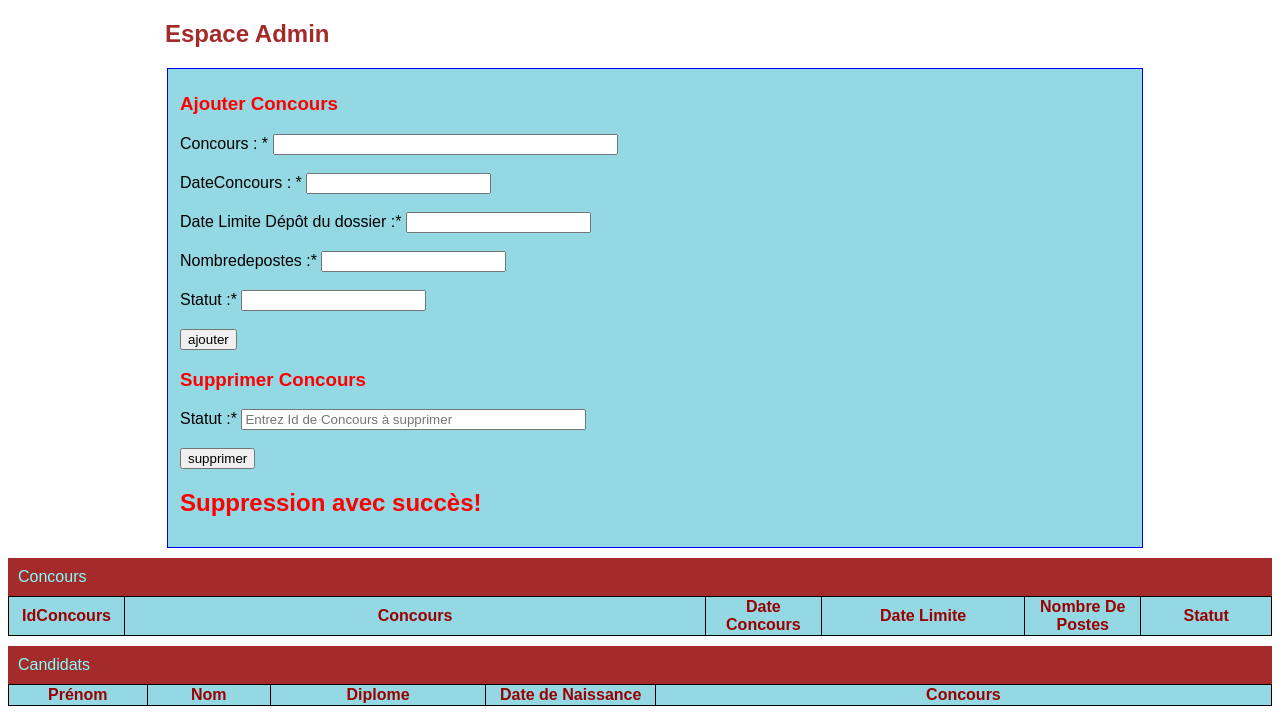
Repository: yahouari/Stage2019
Page: http://localhost/test/supprime.jsp
An editor plug-in stored every save of this project. The page is shown before and after the next save, followed by the edit.
The browser window is 1280 px wide. The pictures show the whole page.
The page is served by Tomcat 9. Other server files are loaded and not shown. Queries for data that is not in the repository find no rows.

Above is the page before, as saved 2019-07-29 10:20:17.

### test/WebContent/supprime.jsp

<%@ page pageEncoding="UTF-8" %>
<!DOCTYPE html>
<html>
<head>
		<meta charset="utf-8" />
		<link type="text/css" rel="stylesheet" href="inc/gest.css" />
        <title> Espace Admin</title>
</head>
<body>

        <div>
            <form method="get" action="GestionServlet">
            <h2><font color="brown"> Espace Admin</font></h2>

		<fieldset>
			  <h3> Ajouter Concours</h3>
			  <label for="Concours">Concours : <span class="requis">*</span></label>
              <input type="text" id="Concours" name="Concours" value="" size="40" maxlength="40" />
              <br />
              <br />

              <label for="DateConcours">DateConcours : <span class="requis">*</span></label>
              <input type="text" id="dateConcours" name="dateConcours" value="" size="20" maxlength="20" />
              <br />
              <br />

              <label for="DateLimite">Date Limite Dépôt du dossier :<span class="requis">*</span></label>
              <input type="text" id="DateLimite" name="DateLimite" value="" size="20" maxlength="20" />
              <br />
              <br />

              <label for="nombredepostes">Nombredepostes :<span class="requis">*</span></label>
              <input type="text" id="nombredepostes" name="nombredepostes" value="" size="20" maxlength="20" />
              <br />
              <br />
               <label for="statut">Statut :<span class="requis">*</span></label>
              <input type="text" id="statut" name="statut" value="" size="20" maxlength="20" />
              <br />
              <br />



              <input type="submit" value="ajouter"  />

              </form>
              <form method="get" action="SuppressionServlet">

              <h3> Supprimer Concours</h3>
              <label for="supprimer">Statut :<span class="requis">*</span></label>
              <input type="Idg" id="Idg" name="Idg" value="" size="40" maxlength="40" placeholder="Entrez Id de Concours à supprimer" />
              <br />
              <br />
			  <input type="submit" value="supprimer"  />

			              <h2><font color="red"> Suppression avec succès! </font></h2>

			  </form>

		</fieldset>

        </div>
         <legend>Concours</legend>

    <div >



              <table >
                    <tbody>
                    <tr bgcolor="#93d8e3" >
                    <th style="width:8%">IdConcours</th>

                    <th style="width:40%">Concours</th>
                    <th style="width:8%">Date Concours</th>
                    <th style="width:14%">Date Limite</th>
		            <th style="width:8%">Nombre De Postes</th>

		            <th style="width:9%">Statut</th>

                    </tr>
                    <%@page import="java.sql.Connection"%>
					<%@page import="java.sql.DriverManager"%>
					<%@page import="java.sql.PreparedStatement"%>
					<%@page import="java.sql.ResultSet"%>
                  <%
                try {
                	Class.forName("com.mysql.jdbc.Driver");

                    Connection cn = DriverManager.getConnection("jdbc:mysql://localhost:3306/form","root","");

                    PreparedStatement statement = cn.prepareStatement("SELECT * FROM `gestion` order by idg");
                    ResultSet Rs = statement.executeQuery() ;


                    while (Rs.next()) {
            %>
            <tr class="info">
                <td><%=Rs.getString("idg")%></td>
                <td><%=Rs.getString("concours")%></td>
                <td><%=Rs.getString("dateconcours")%></td>
                <td><%=Rs.getString("datelimite")%></td>
                <td><%=Rs.getString("nombredepostes")%></td>
                <td><%=Rs.getString("Statut")%></td>

            </tr>
            <%
                    }

                } catch (Exception e) {
                    e.printStackTrace();
                }
            %>
        </table>
    </div>

    <legend>Candidats</legend>

    <div >



              <table >
                    <tbody>
                    <tr bgcolor="#93d8e3" >
                    <th style="width:9%">Prénom</th>
                    <th style="width:8%">Nom</th>
                    <th style="width:14%">Diplome</th>
		            <th style="width:11%">Date de Naissance</th>

		            <th style="width:40%">Concours</th>

                    </tr>
                    <%@page import="java.sql.Connection"%>
					<%@page import="java.sql.DriverManager"%>
					<%@page import="java.sql.PreparedStatement"%>
					<%@page import="java.sql.ResultSet"%>
                  <%
                try {
                	Class.forName("com.mysql.jdbc.Driver");

                    Connection cn = DriverManager.getConnection("jdbc:mysql://localhost:3306/form","root","");

                    PreparedStatement statement = cn.prepareStatement("select * from candidat");
                    ResultSet Rs = statement.executeQuery() ;


                    while (Rs.next()) {
            %>
            <tr class="info">
                <td><%=Rs.getString("prenom")%></td>
                <td><%=Rs.getString("nom")%></td>
                <td><%=Rs.getString("diplome")%></td>
                <td><%=Rs.getString("date_naissance")%></td>
                <td><%=Rs.getString("concours")%></td>
            </tr>
            <%
                    }

                } catch (Exception e) {
                    e.printStackTrace();
                }
            %>
        </table>














    </div>





</body>
</html>

### test/WebContent/inc/gest.css
@charset "UTF-8";
html {
  font-family: sans-serif;
}

form {
  width: 950px;
  margin: 0 auto;
}

div {
  margin-bottom: 10px;
}

fieldset {
  background: #93d8e3;
  border: 1px solid blue;
}

legend {
  padding: 10px;
  background: brown;
  color: #80ffff;
}

#otherValue
{
  display: none;
}

#other:checked ~ #otherValue
{
  display: inline-block;
}
table
{
    border-collapse: collapse;
    color: #900;

}
td, th /* Mettre une bordure sur les td ET les th */
{
    border: 1px solid black;
    color: #900;
}
h3
{
	 color: #ff0000
}

After the next save:
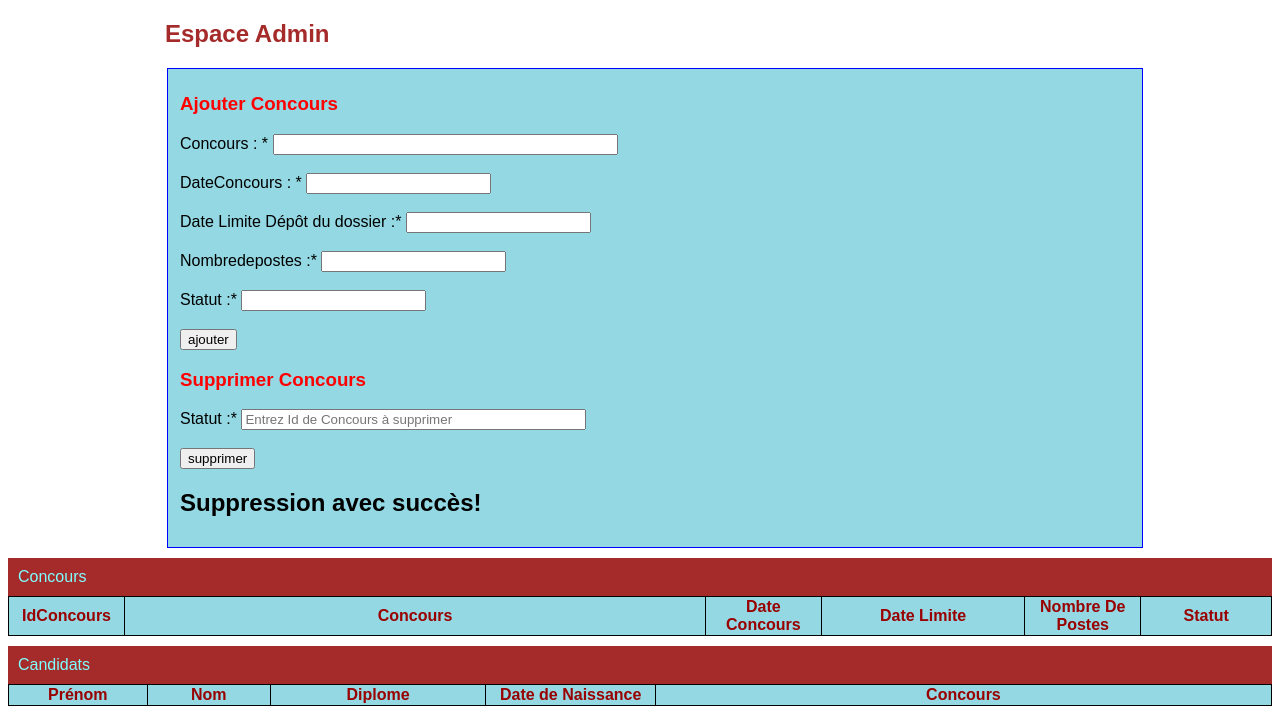
Saved 61 s later.
--- a/test/WebContent/supprime.jsp
+++ b/test/WebContent/supprime.jsp
@@ -53,7 +53,7 @@
               <br />
 			  <input type="submit" value="supprimer"  />
 
-			              <h2><font color="red"> Suppression avec succès! </font></h2>
+			              <h2><font color="black"> Suppression avec succès! </font></h2>
 
 			  </form>
 
